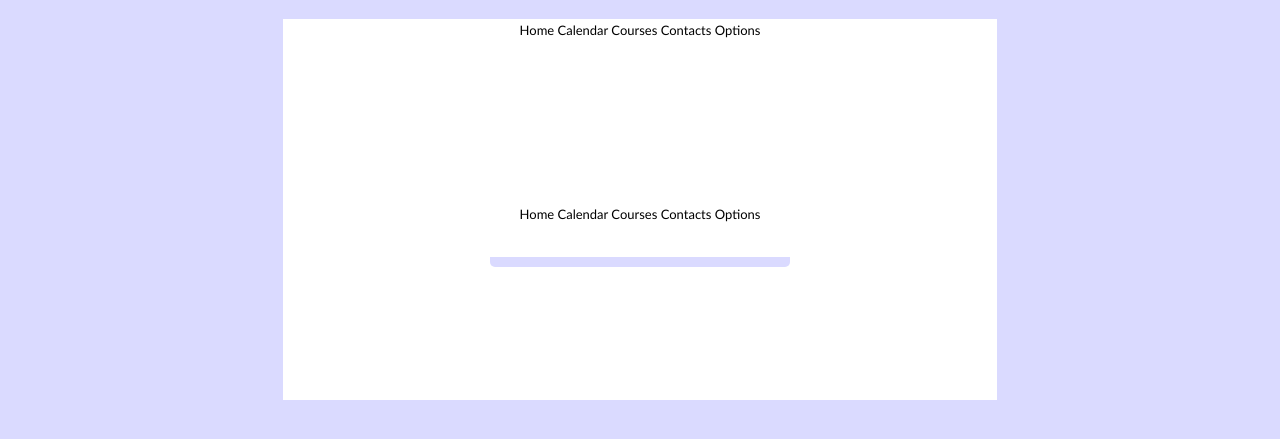
Repository: hreneeg/SPS
Page: http://localhost/userAccount.php
The author's editor kept a record of every edit. The page is drawn from the files as they stood at one moment, then again after the next edit.
The browser window is 1280 px wide. The pictures show the whole page.
The page is run by PHP 8.4 with error messages shown; the project is at /var/www/html/.

Above is the page before.

After the next edit:
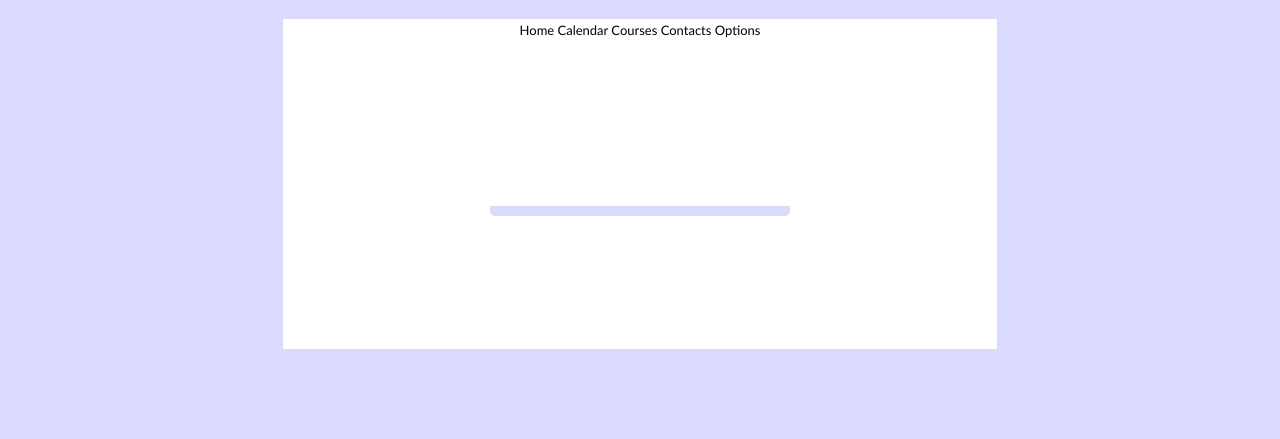
The edit:
--- a/userAccount.php
+++ b/userAccount.php
@@ -48,7 +48,6 @@
 <br>
 <br>
 <br>
-    <p><center><font size=2>Home   Calendar   Courses   Contacts   Options</font></center></p>
 <br>
         <table width="300" border="0" align="center" cellpadding="0" cellspacing="1" bgcolor="#CCCCCC">
 
